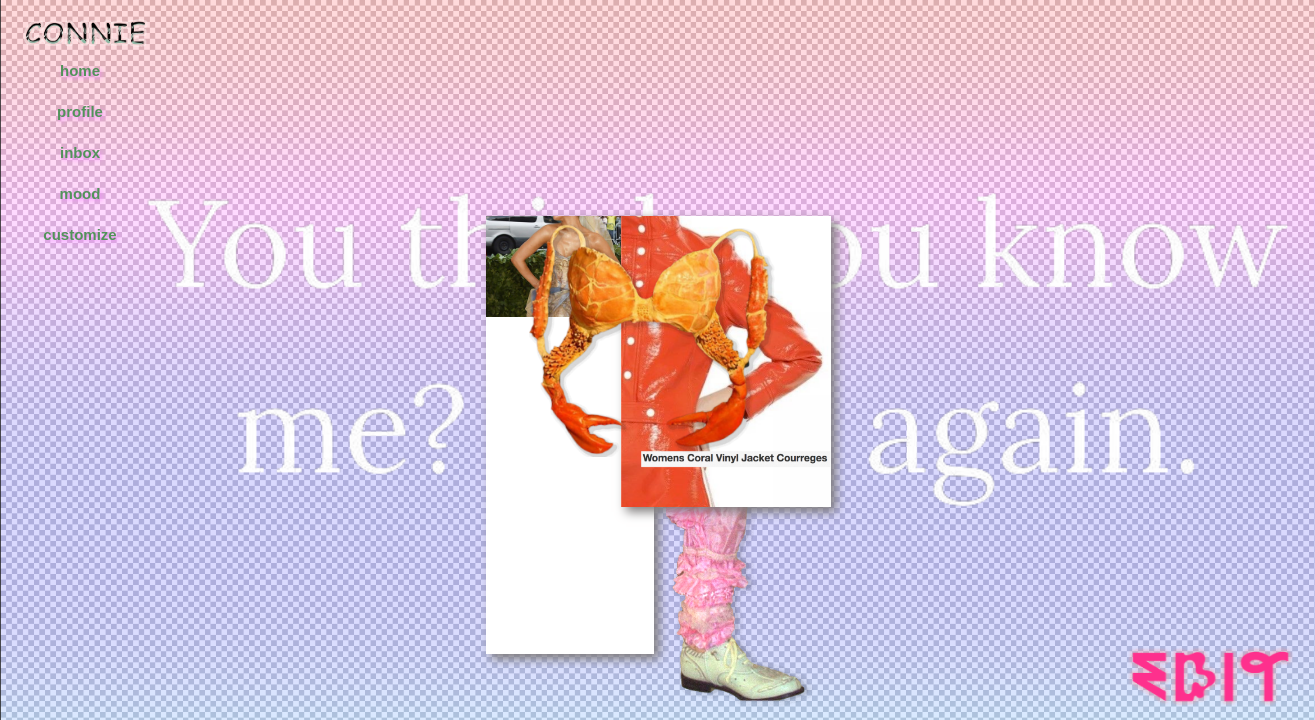
Repository: xuc009/xuc009.github.io
Page: track14/index.html
An editor plug-in stored every save of this project. The page is shown before and after the next save, followed by the edit.
The browser window is 1280 px wide. The page is 1315 px wide, so the pictures cover 1315 px, including what lies to the right of the window. The pictures show the whole page.
Some web fonts or font styles are not loaded; a fallback is used. Some web libraries are served in a nearby version.

Above is the page before, as saved 2018-12-08 17:32:57.

### track14/index.html
<!DOCTYPE html>
<html lang="en">
  <head>
    <title>Track 10</title>
    <link rel="shortcut icon" href="" />
    <meta charset="utf-8">
    <meta name="description" content="" />
    <meta property="og:image" content=""/>
    <meta name="viewport" content="width=device-width, initial-scale=1" />
    <script src="https://ajax.googleapis.com/ajax/libs/jquery/3.3.1/jquery.min.js"></script>
    <script src="https://www.w3schools.com/lib/w3.js"></script>
    <link href="assets/css/styles.css" media="all" rel="stylesheet" />
    <meta charset="utf-8" />
    <title>jQuery UI Draggable - Default functionality</title>
    <link rel="stylesheet" href="http://code.jquery.com/ui/1.9.2/themes/base/jquery-ui.css" />
    <script src="http://code.jquery.com/jquery-1.8.3.js"></script>
    <script src="http://code.jquery.com/ui/1.9.2/jquery-ui.js"></script>
    <link href="https://fonts.googleapis.com/css?family=Michroma" rel="stylesheet">
    <style>
    .draggable { width: 0px; height: 0px; padding: 0; }
    </style>
    <script>
    $(function() {
        $( ".draggable" ).draggable();
    });
    </script>

  </head>

  <body>

      <div class="dropdown">
          <button class="dropbtn"><img src="assets/img/conniemenu.gif" width="140px"></button>
          <div class="dropdown-content">
            <a href="#">home</a>
            <a href="#">profile</a>
            <a href="#">inbox</a>
            <a href="#">mood</a>
            <a href="#">customize</a>
          </div>
        </div>

      <div class="edit">
        <a href="https://xuc009.github.io/track10/index.html">
        <img src="assets/img/edit.png" width="300px">
        </a>
      </div>

    <div id="draggable1" class="ui-widget-content draggable tooltip">
        <span class="tooltiptext">id.png</span>
       <img src="assets/img/britney.png" width="1200px">
      </div>

      <div id="draggable2" class="ui-widget-content draggable tooltip">
          <span class="tooltiptext">↗ Aaliyah by me 🔗📹🤗🦋✨ ⬈</span>
        <a href="https://xuc009.github.io/track2/index.html" target="_blank">
          <img src="assets/img/ari.jpg" width="168px">
        </a>
      </div>

      <div id="draggable3" class="ui-widget-content draggable tooltip">
          <span class="tooltiptext">https://goo.gl/MuuDqj</span>
          <a href="https://goo.gl/MuuDqj" target="_blank">
          <img src="assets/img/foot1.png" width="149px">
          </a>
        </div>

     <div id="draggable4" class="ui-widget-content draggable four tooltip">
        <span class="tooltiptext">https://ebay.us/9TBpsq</span>
        <a href="https://ebay.us/9TBpsq" target="_blank">
            <img src="assets/img/torsoa1.png" width="210px">
        </a>
          </div>

      <div id="draggable5" class="ui-widget-content draggable five tooltip">
          <span class="tooltiptext">https://www.instagram.com/p/BoPapCyAAdp/</span>
          <a href="https://www.instagram.com/p/BoPapCyAAdp/" target="_blank">
          <img src="assets/img/bra1.png" width="250px">
          </a>
        </div>









      </div>
    </div>

  </body>
</html>

### track14/assets/css/styles.css
* { box-sizing: border-box; }

body{
	background-color: #ffffff;
	background-image: url('../img/background.png');
	background-size: 1500px;
	margin: 0 auto 0 auto;
	display: inline-block;
    font-size: 0px;
}

.tooltip {
    position: relative;
    display: inline-block;
    border-bottom: 1px dotted black;
}

.tooltip .tooltiptext {
    visibility: hidden;
    /* width: 120px; */
    background-color: #FF308D;
    color: #00E6FF;
    text-align: center;
    padding: 5px 10px;
    font-size:15px;
    font-family: Arial, Helvetica, sans-serif;
    font-weight: 400;

    /* Position the tooltip */
    position: fixed;
    z-index: 1;
    bottom: 0px;
    left:0 ;
}

.tooltip:hover .tooltiptext {
    visibility: visible;
}

a { cursor: move; }

.draggable{
    box-shadow: 5px 5px 10px #000000;
}

#draggable1{
    background: #fff;
    border: none;
    box-shadow: 5px 5px 10px #807d7d;
    cursor: move;
    position: absolute;
    top: 20%;
    left: 9%;
}


#draggable2 {
    width: 168px;
    height: 438.38px;
    border: none;
    box-shadow: 5px 5px 10px #807d7d;
    position: absolute;
    top: 30%;
    left: 38%;
    cursor: move;
}


#draggable3 {
    width: 365px;
    border: none;
    position: absolute;
    top: 65%;
    left: 52%;
    cursor: move;
}



#draggable4{
    position: absolute;
    width: 210px;
    height: 291px;
    top: 30%;
    left: 48.5%;
    cursor: move;
    border: none;
    box-shadow: 5px 5px 10px #807d7d;

}

#draggable5{
    position: absolute;
    top: 31%;
    left: 41%;
    cursor: move;
    border: none;
}

.edit{
    position: fixed;
    bottom:0;
    left: 83%;
    cursor: pointer;
    transition: all 300ms;
}

.edit:hover{
    transform: translateX(3px) translateY(-3px);
    /* transform: scale(1.05); */
}

.dropbtn {
    background-color: Transparent;
    width: 140px;
    height: 26px;
    padding: 16px;
    font-size: 16px;
    border: none;
    outline: none;
}

.dropdown {
    position: relative;
    width: 140px;
    display: inline-block;
}

.dropdown-content {
    display: none;
    position: absolute;
    background-color: transparent;
    min-width: 160px;
    text-shadow: 2px 2px 5px #F48BFF;
    z-index: 1;
    font-size: 15px;
    text-align: center;
    font-family: Arial, Helvetica, sans-serif;
    font-weight: 600;
}

.dropdown-content a {
    color: #52935A;
    padding: 12px 16px;
    text-decoration: none;
    display: block;
}

.dropdown-content a:hover {text-shadow: 2px 2px 5px #54FAFF;}

.dropdown:hover .dropdown-content {display: block;}

.dropdown:hover .dropbtn {background-color: none;}

After the next save:
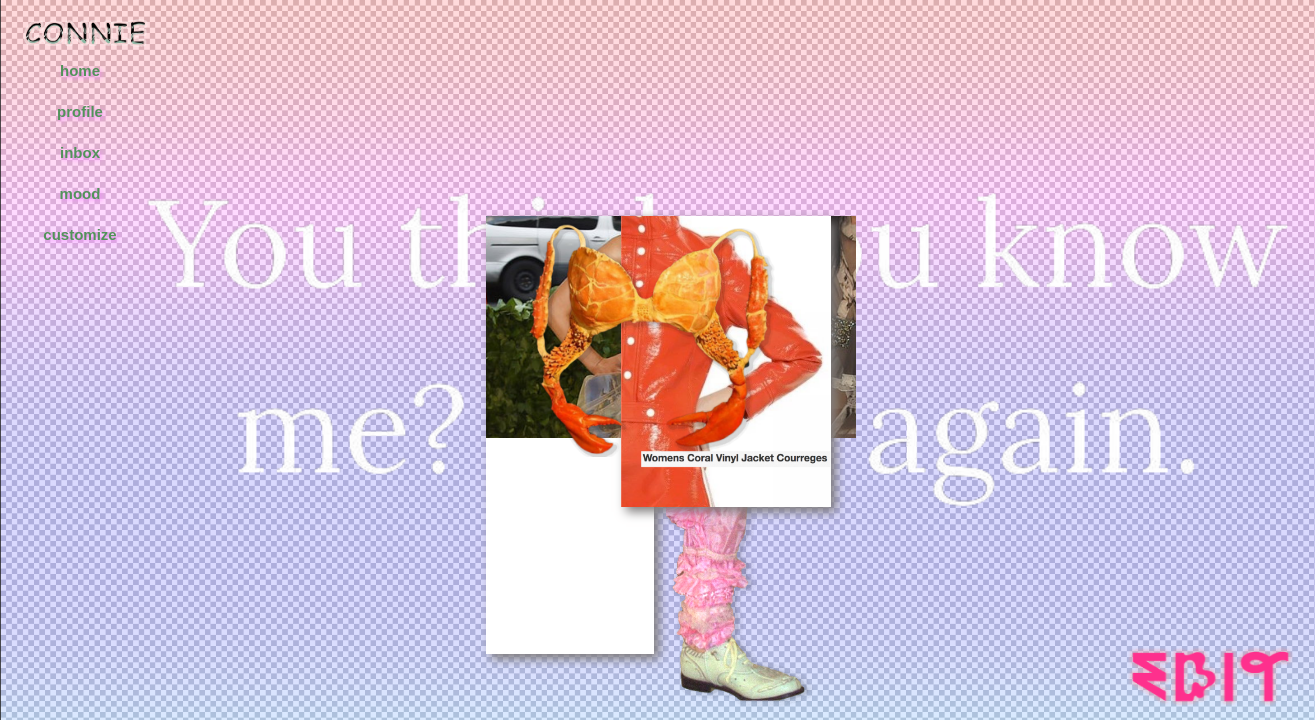
Saved 11 s later.
--- a/track14/index.html
+++ b/track14/index.html
@@ -54,7 +54,7 @@
       <div id="draggable2" class="ui-widget-content draggable tooltip">
           <span class="tooltiptext">↗ Aaliyah by me 🔗📹🤗🦋✨ ⬈</span>
         <a href="https://xuc009.github.io/track2/index.html" target="_blank">
-          <img src="assets/img/ari.jpg" width="168px">
+          <img src="assets/img/ari.jpg" width="370px">
         </a>
       </div>
 
